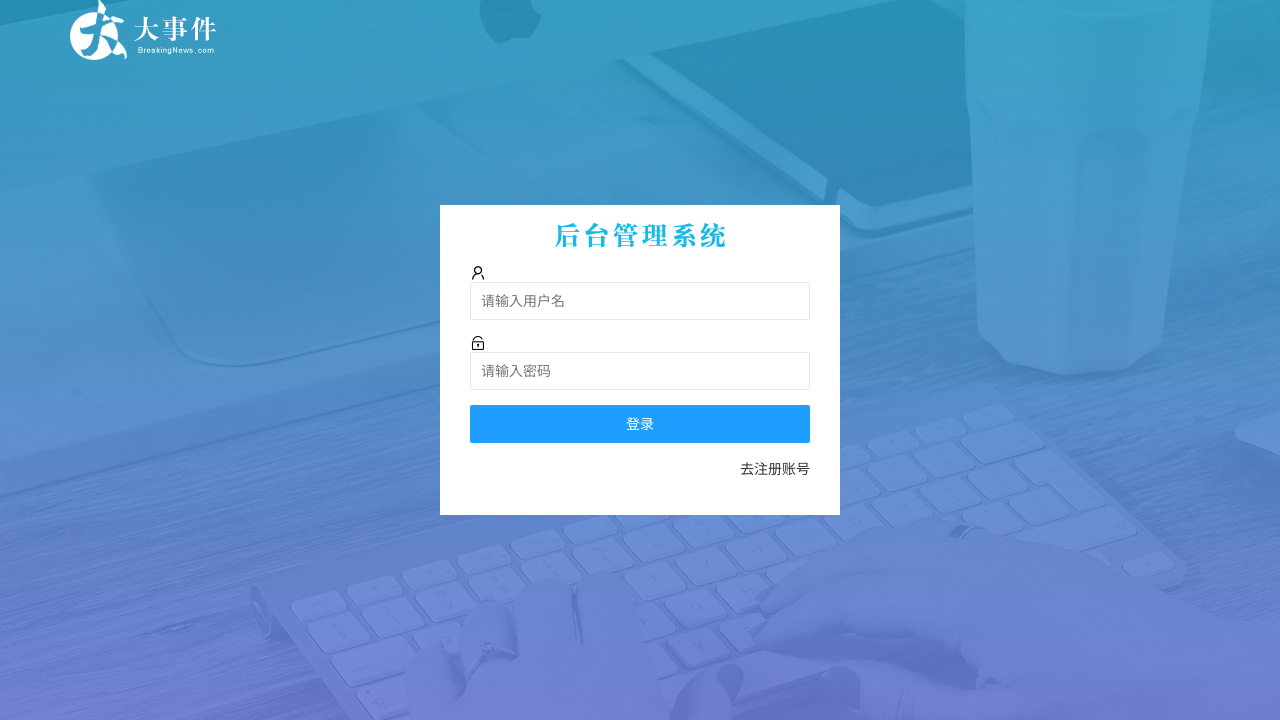
Repository: lithronmatic/web_bigbigevent
Page: login.html
An editor plug-in stored every save of this project. The page is shown before and after the next save, followed by the edit.
The browser window is 1280 px wide. The pictures show the whole page.

Above is the page before, as saved 2022-08-23 12:32:31.

### login.html
<!DOCTYPE html>
<html lang="en">

<head>
    <meta charset="UTF-8">
    <meta http-equiv="X-UA-Compatible" content="IE=edge">
    <meta name="viewport" content="width=device-width, initial-scale=1.0">
    <title>大事件-登录/注册</title>
    <link rel="stylesheet" href="/assets/lib/layui/css/layui.css">
    <link rel="stylesheet" href="./assets/css/login.css">
</head>

<body>
    <!-- 头部的logo区域 -->
    <div class="layui-main">
        <img src="./assets/images/logo.png" alt="">
    </div>

    <!-- 登录注册区域 -->
    <div class="loginAndRegBox">
        <div class="title-box"></div>
        <!-- 登录的div -->
        <div class="login-box">
            <!-- 登录的表单 -->
            <form class="layui-form" action="">
                <!-- 用户名 -->
                <div class="layui-form-item">
                    <i class="layui-icon layui-icon-username"></i>
                    <input type="text" name="username" required lay-verify="required" placeholder="请输入用户名"
                        autocomplete="off" class="layui-input">
                </div>
                <!-- 密码 -->
                <div class="layui-form-item">
                    <i class="layui-icon layui-icon-password"></i>
                    <input type="password" name="password" required lay-verify="required" placeholder="请输入密码"
                        autocomplete="off" class="layui-input">
                </div>
                <!-- 登录按钮 -->
                <div class="layui-form-item">
                    <button class="layui-btn layui-btn-fluid layui-btn-normal" lay-submit>登录</button>
                </div>
                <div class="layui-form-item links">
                    <a href="javascript:;" id="link_reg">去注册账号</a>
                </div>
            </form>
        </div>

        <!-- 注册的div -->
        <div class="reg-box">
            <a href="javascript:;" id="link_login">去登录</a>
        </div>
    </div>

    <!-- 导入jq -->
    <script src="./assets/lib/jquery.js"></script>
    <!-- 导入自己的js -->
    <script src="./assets/js/login.js"></script>
</body>

</html>

### assets/css/login.css
/* html,body{
    margin:0;
    padding: 0;
    height:100%;
    width:100%;
    background: url(../images/login_bg.jpg) no-repeat center;
    background-size: cover;
}

.loginAndRegBox{
    width:400px;
    height: 310px;
    background-color: #fff;
    position:absolute;
    top:50%;
    left:50%;
    transform: translate(-50%,-50%);
}

.title-box{
    height:60px;
    background: url(../images/login_title.png) no-repeat center;
}

.reg-box{
    display: none;
}

.layui-form{
    padding: 0 30px;
}
.links{
    display: flex;
    justify-content: flex-end;
}
.links a{
    font-size: 12px;
}

.layui-form-item{
    position:relative;
}
.layui-icon{
    position: absolute;
    top:10px;
    left:10px;
}
.layui-input{
    padding-left:32px;
} */

html,body{
    padding: 0;
    margin: 0;
    width:100%;
    height:100%;
    background:url(../images/login_bg.jpg) no-repeat center;
    background-size: cover;
}
.loginAndRegBox{
    position:absolute;
    left:50%;
    top:50%;
    transform: translate(-50%,-50%);
    width:400px;
    height:310px;
    background-color: white;
}
.title-box{
    height:60px;
    background: url(../images/login_title.png) no-repeat center;
}
.reg-box{
    display: none;
}
.layui-form{
    padding:0 30px;
}
.links{
    display: flex;
    justify-content: flex-end;
}
.layui-form-item{
    position:relative;
}

### assets/js/login.js
// $(function(){
//     // 点击"去注册账号"的链接
//     $("#link_reg").on("click",function(){
//         $(".login-box").hide();
//         $(".reg-box").show();
//     });

//     // 点击"去登录"的链接
//     $("#link_login").on("click",function(){
//         $(".login-box").show();
//         $(".reg-box").hide();
//     })

//     // 从layui中获取form对象
//     var form = layui.form;
//     // 从layui中获取layer对象
//     var layer = layui.layer;
//     // 通过form.verify()函数自定义校验规则
//     form.verify({
//         // 自定义pwd校验规则
//         pwd: [
//             /^[\S]{6,12}$/
//             ,'密码必须6到12位，且不能出现空格'
//           ],
//         //   校验再次确认密码的规则
//         repwd:function(value,item){//value是表单的值
//             var pwd = $(".reg-box input[name=password]").val();
//             if(pwd!==value){
//                 return '两次密码不一致';
//             }
//         }
//     });

//     // 监听注册表单的提交事件
//     $("#form_reg").on("submit",function(e){
//         e.preventDefault();
//         $.post('/api/reguser',
//          {
//             username:$("#form_reg input[name=username]").val(),
//             password:$("#form_reg input[name=password]").val()
//          },
//         function(res){
//             if(res.status!=0){
//                 return layer.msg(res.message);
//             }
//             layer.msg('注册成功，请登录!');
//             // 模拟点击行为
//             $("#link_login").click();
//         })
//     })

//     // 监听登录表单的提交事件
//     $("#form_login").submit(function(e){
//         e.preventDefault();
//         // 快速获取表单中的数据
//         var data = $(this).serialize();
//         $.ajax({
//             method:'POST',
//             url:'/api/login',
//             data:data,
//             success:function(res){
//                 if(res.status!==0){
//                     return layer.msg(res.message);
//                 }
//                 layer.msg('登录成功!');
//                 // 将登录成功得到的token字符串，保存到localStorage
//                 localStorage.setItem('token',res.token);
//                 // 跳转到后台主页
//                 location.href = '/index.html'
//             }
//         })
//     })
// })

$(function(){
    // 点击去注册账号的链接
    $('#link_reg').on('click',function(){
        $('.login-box').hide();
        $('.reg-box').show();
    })
    // 点击去登录账号的链接
    $('#link_login').on('click',function(){
        $('.reg-box').hide();
        $('.login-box').show();
    })
})

Loaded but not shown: assets/lib/layui/css/layui.css (library); assets/lib/jquery.js (library)

After the next save:
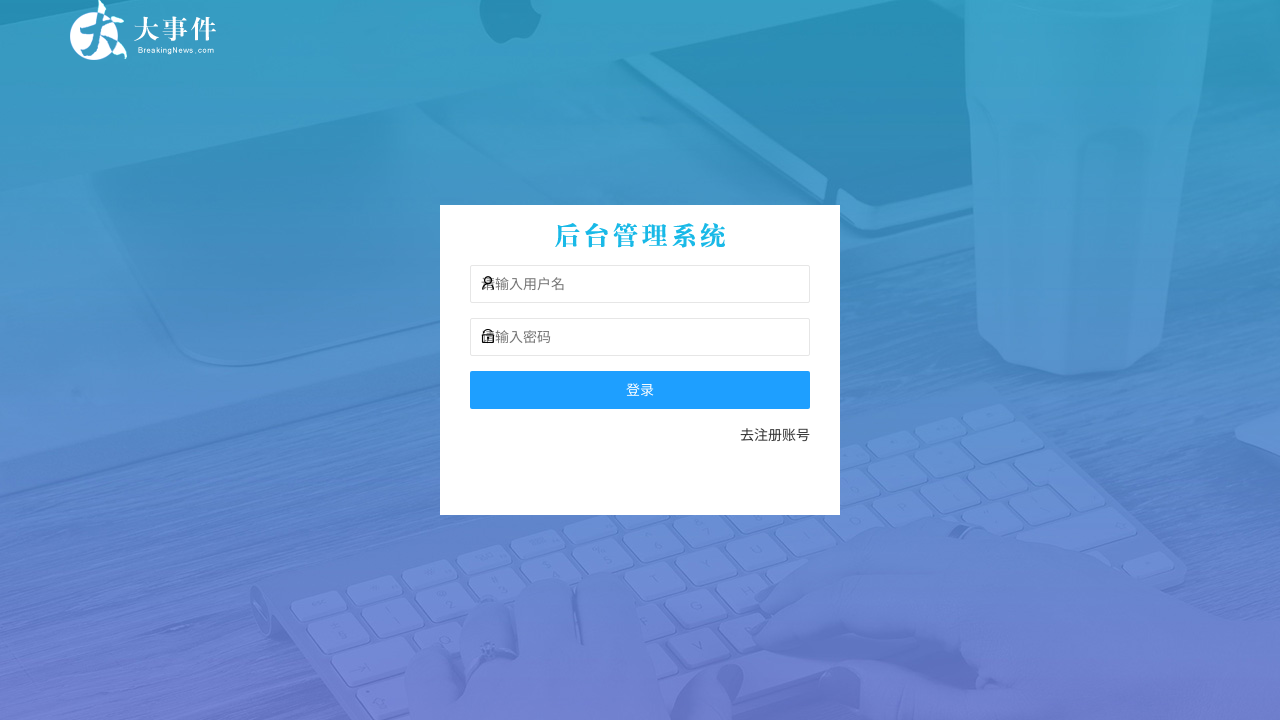
Saved 55 s later.
--- a/assets/css/login.css
+++ b/assets/css/login.css
@@ -83,3 +83,8 @@
 .layui-form-item{
     position:relative;
 }
+.layui-icon{
+    position:absolute;
+    top:10px;
+    left:10px;
+}
